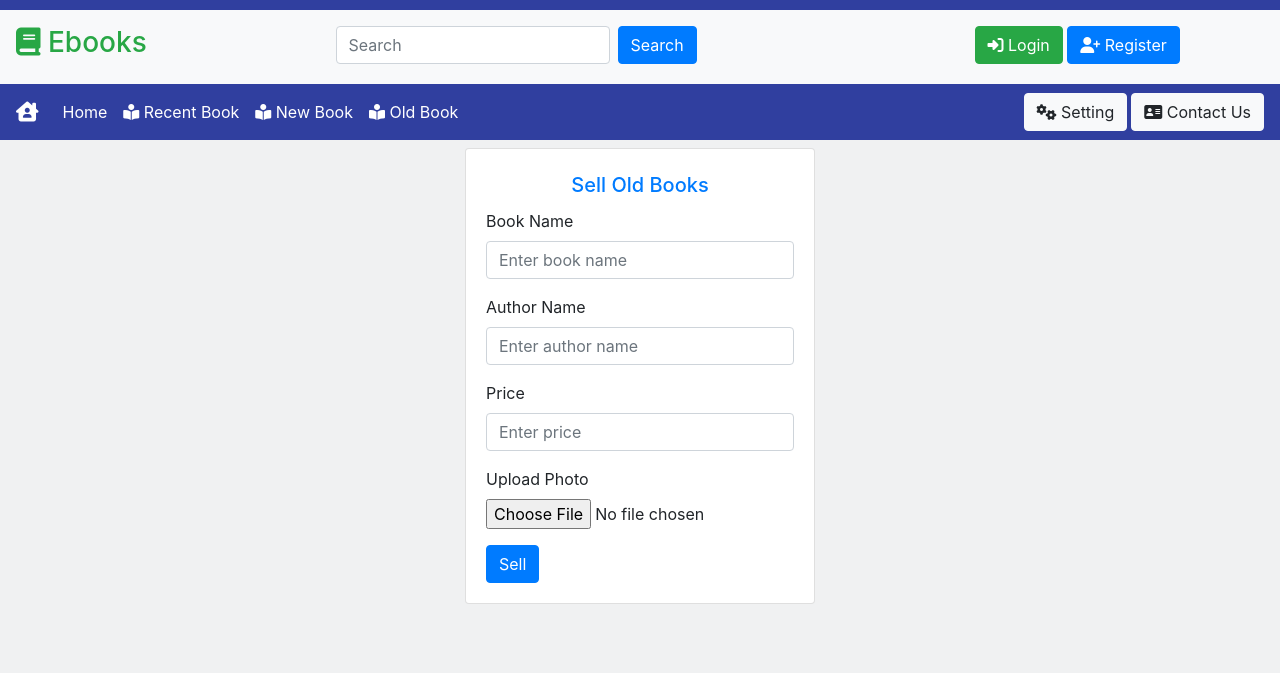
Repository: chittaranjan24/E-Books_Management_System
Page: http://localhost/Ebook-App/sell-book.jsp
An editor plug-in stored every save of this project. The page is shown before and after the next save, followed by the edit.
The browser window is 1280 px wide. The pictures show the whole page.
Some web libraries are served in a nearby version. The page is served by Tomcat 9. Other server files are loaded and not shown.

Above is the page before, as saved 2023-08-31 12:21:07.

### Ebook-App/src/main/webapp/sell-book.jsp
<%@ page language="java" contentType="text/html; charset=ISO-8859-1"
	pageEncoding="ISO-8859-1"%>

<%@ taglib prefix="c" uri="http://java.sun.com/jsp/jstl/core"%>
<%@page isELIgnored="false"%>

<!DOCTYPE html>
<html>
<head>
<meta charset="ISO-8859-1">
<title>Sell Books</title>
<%@include file="all_component/allCss.jsp"%>
</head>
<body style="background-color: #f0f1f2;">
	<%@include file="all_component/navbar.jsp"%>

	<div class="container">
		<div class="row">
			<div class="col-md-4 offset-md-4 mt-2">
				<div class="card">
					<div class="card-body">
					<h5 class="text-center text-primary p-1">Sell Old Books</h5>

					<form action="add_old_book" method="post"
							enctype="multipart/form-data">

							<div class="form-group">
								<label for="exampleInputEmail1">Book Name</label> <input
									type="text" class="form-control" id="exampleInputEmail1"
									aria-describedby="emailHelp" placeholder="Enter book name"
									required="required" name="bname">
							</div>

							<div class="form-group">
								<label for="exampleInputEmail1">Author Name</label> <input
									type="text" class="form-control" id="exampleInputEmail1"
									aria-describedby="emailHelp" required="required" name="author"
									placeholder="Enter author name" required="required">
							</div>

							<div class="form-group">
								<label for="exampleInputEmail1">Price</label> <input
									type="number" class="form-control" id="exampleInputEmail1"
									aria-describedby="emailHelp" required="required" name="price"
									placeholder="Enter price" required="required">
							</div>

							<div class="form-group">
								<label for="exampleFormControlFile1">Upload Photo</label> <input
									name="bimg" type="file" class="form-control-file"
									id="exampleFormControlFile1">
							</div>
							<button type="submit" class="btn btn-primary">Sell</button>
						</form>

					</div>
				</div>

			</div>
		</div>
	</div>

</body>
</html>

### Ebook-App/src/main/webapp/all_component/allCss.jsp
<link rel="stylesheet"
	href="https://cdn.jsdelivr.net/npm/bootstrap@4.0.0/dist/css/bootstrap.min.css"
	integrity="sha384-Gn5384xqQ1aoWXA+058RXPxPg6fy4IWvTNh0E263XmFcJlSAwiGgFAW/dAiS6JXm"
	crossorigin="anonymous">


<script src="https://code.jquery.com/jquery-3.2.1.slim.min.js"
	integrity="sha384-KJ3o2DKtIkvYIK3UENzmM7KCkRr/rE9/Qpg6aAZGJwFDMVNA/GpGFF93hXpG5KkN"
	crossorigin="anonymous"></script>
<script
	src="https://cdn.jsdelivr.net/npm/popper.js@1.12.9/dist/umd/popper.min.js"
	integrity="sha384-ApNbgh9B+Y1QKtv3Rn7W3mgPxhU9K/ScQsAP7hUibX39j7fakFPskvXusvfa0b4Q"
	crossorigin="anonymous"></script>
<script
	src="https://cdn.jsdelivr.net/npm/bootstrap@4.0.0/dist/js/bootstrap.min.js"
	integrity="sha384-JZR6Spejh4U02d8jOt6vLEHfe/JQGiRRSQQxSfFWpi1MquVdAyjUar5+76PVCmYl"
	crossorigin="anonymous"></script>


<link rel="stylesheet"
	href="https://cdnjs.cloudflare.com/ajax/libs/font-awesome/6.4.2/css/all.min.css"
	integrity="sha512-z3gLpd7yknf1YoNbCzqRKc4qyor8gaKU1qmn+CShxbuBusANI9QpRohGBreCFkKxLhei6S9CQXFEbbKuqLg0DA=="
	crossorigin="anonymous" referrerpolicy="no-referrer" />


<link rel="stylesheet" href="all_component/style.css">

### Ebook-App/src/main/webapp/all_component/navbar.jsp
<%@ taglib prefix="c" uri="http://java.sun.com/jsp/jstl/core"%>
<%@page isELIgnored="false" %>

<div class="container-fluid"
	style="height: 10px; background-color: #303f9f"></div>

<div class="container-fluid p-3 bg-light">
	<div class="row">
		<div class="col-md-3 text-success">
			<h3>
				<i class="fa-solid fa-book"></i> Ebooks
			</h3>
		</div>
		<div class="col-md-6">
			<form class="form-inline my-2 my-lg-0" action="search.jsp" method="post">
				<input class="form-control mr-sm-2" type="search" name="ch"
					placeholder="Search" aria-label="Search">
				<button class="btn btn-primary my-2 my-sm-0" type="submit">Search</button>
			</form>
		</div>

		<c:if test="${not empty userobj }">

		<div class="col-md-3">

		<a href="checkout.jsp"><i class="fa-solid fa-cart-arrow-down fa-2x"></i></a>

			<button class="btn btn-success">
			<i class="fa-solid fa-circle-user"></i> ${userobj.name}</button>

			<a href="logout" class="btn btn-primary text-white">
			<i class="fa-solid fa-power-off"></i> Logout</a>
		</div>

		</c:if>

		<c:if test="${empty userobj }">

		<div class="col-md-3">
			<a href="login.jsp" class="btn btn-success"><i
				class="fa-solid fa-right-to-bracket"></i> Login</a> <a
				href="register.jsp" class="btn btn-primary text-white"><i
				class="fa-solid fa-user-plus"></i> Register</a>
		</div>

		</c:if>


	</div>
</div>


<nav class="navbar navbar-expand-lg navbar-dark bg-custom">
	<a class="navbar-brand" href="index.jsp"> <i
		class="fa-solid fa-house-chimney-user"></i>
	</a>
	<button class="navbar-toggler" type="button" data-toggle="collapse"
		data-target="#navbarSupportedContent"
		aria-controls="navbarSupportedContent" aria-expanded="false"
		aria-label="Toggle navigation">
		<span class="navbar-toggler-icon"></span>
	</button>

	<div class="collapse navbar-collapse" id="navbarSupportedContent">
		<ul class="navbar-nav mr-auto">
			<li class="nav-item active"><a class="nav-link" href="index.jsp">Home
					<span class="sr-only">(current)</span>
			</a></li>
			<li class="nav-item active"><a class="nav-link" href="all_recent_book.jsp"> <i
					class="fa-solid fa-book-open-reader"></i> Recent Book
			</a></li>
			<li class="nav-item active"><a class="nav-link" href="all_new_book.jsp"> <i
					class="fa-solid fa-book-open-reader"></i> New Book
			</a></li>

			<li class="nav-item active"><a class="nav-link disabled"
				href="all_old_book.jsp"> <i class="fa-solid fa-book-open-reader"></i> Old Book
			</a></li>
		</ul>
		<form class="form-inline my-2 my-lg-0">

			<a href="setting.jsp" class="btn btn-light my-2 my-sm-0" type="submit">
				<i class="fa-solid fa-gears"></i> Setting
			</a>
			<a href="helpline.jsp" class="btn btn-light my-2 my-sm-0 ml-1" type="submit">
				<i class="fa-solid fa-address-card"></i> Contact Us
			</a>

		</form>
	</div>
</nav>

### Ebook-App/src/main/webapp/all_component/style.css
.bg-custom{
	background-color: #303f9f;
}

.navbar .nav-item:hover .nav-link {
	background-color: white;
	color: #303f9f;
	border-radius: 15px;
}

After the next save:
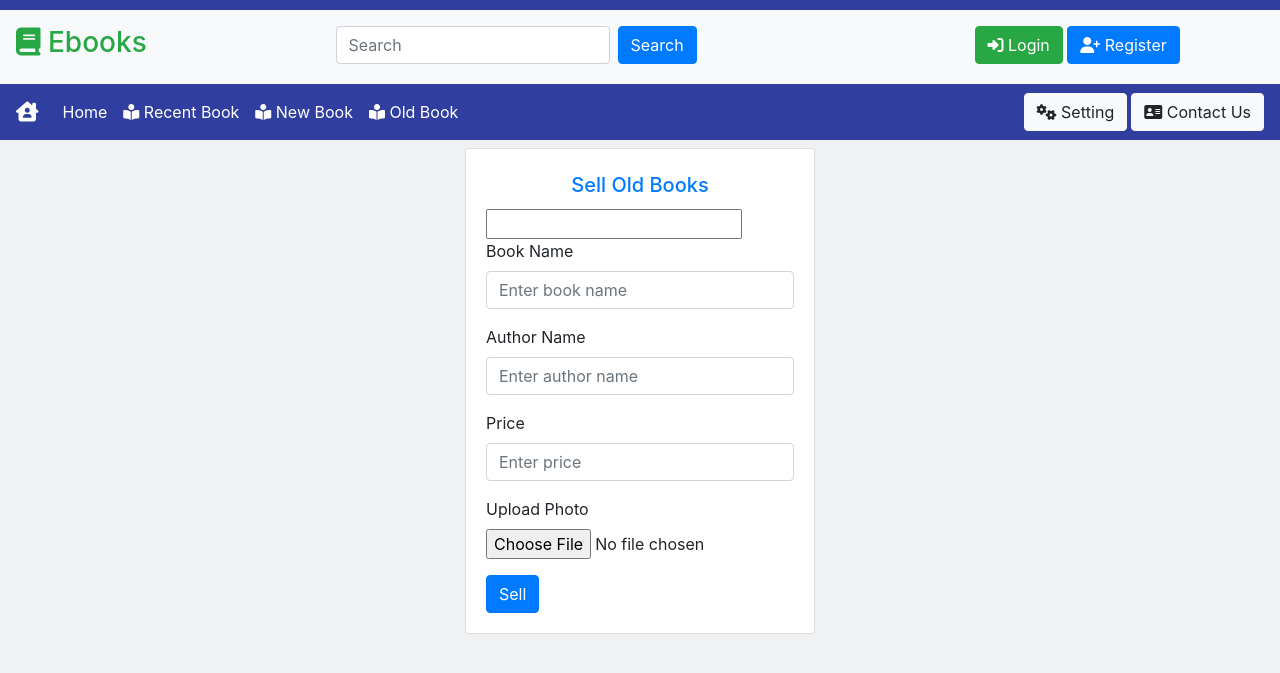
Saved 112 s later.
--- a/Ebook-App/src/main/webapp/sell-book.jsp
+++ b/Ebook-App/src/main/webapp/sell-book.jsp
@@ -23,6 +23,8 @@
 
 					<form action="add_old_book" method="post"
 							enctype="multipart/form-data">
+
+							<input type="text" value="${userobj}">
 
 							<div class="form-group">
 								<label for="exampleInputEmail1">Book Name</label> <input

After the 3 saves that followed:
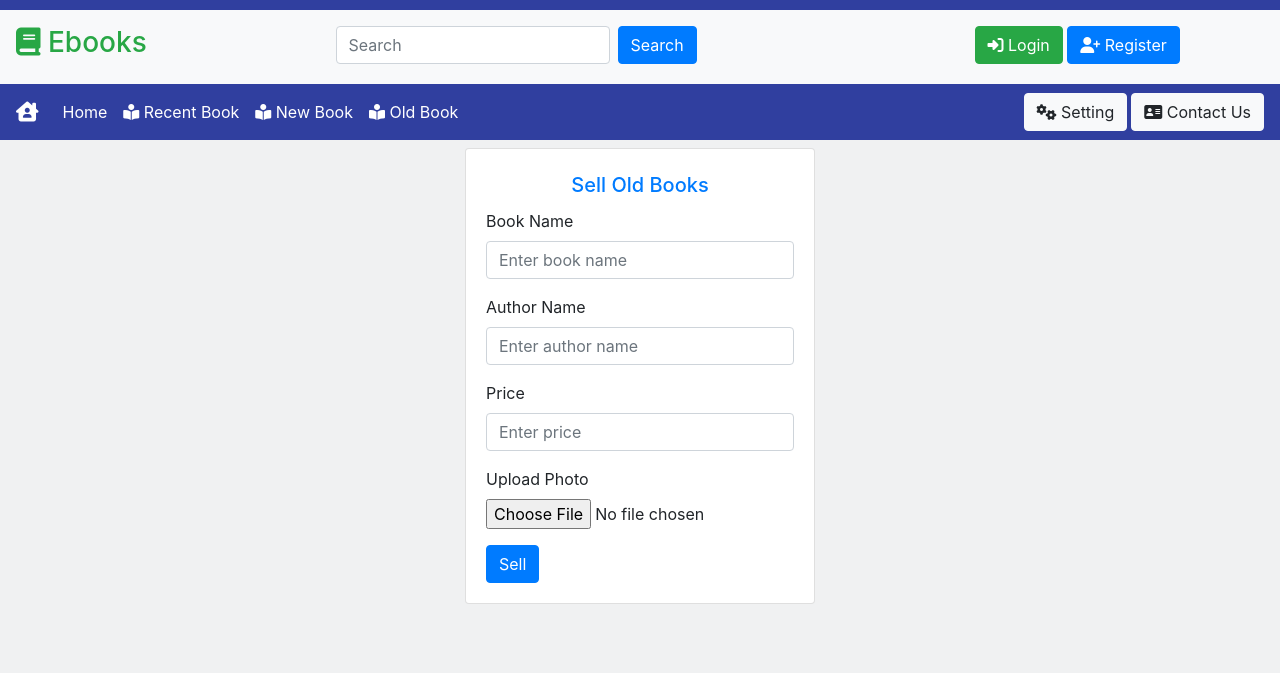
The 3 saves are shown as one change because 2 left the picture as it was.
The last was saved 112 s later.
--- a/Ebook-App/src/main/webapp/sell-book.jsp
+++ b/Ebook-App/src/main/webapp/sell-book.jsp
@@ -24,7 +24,7 @@
 					<form action="add_old_book" method="post"
 							enctype="multipart/form-data">
 
-							<input type="text" value="${userobj}">
+							<input type="hidden" value="${userobj.email}">
 
 							<div class="form-group">
 								<label for="exampleInputEmail1">Book Name</label> <input
